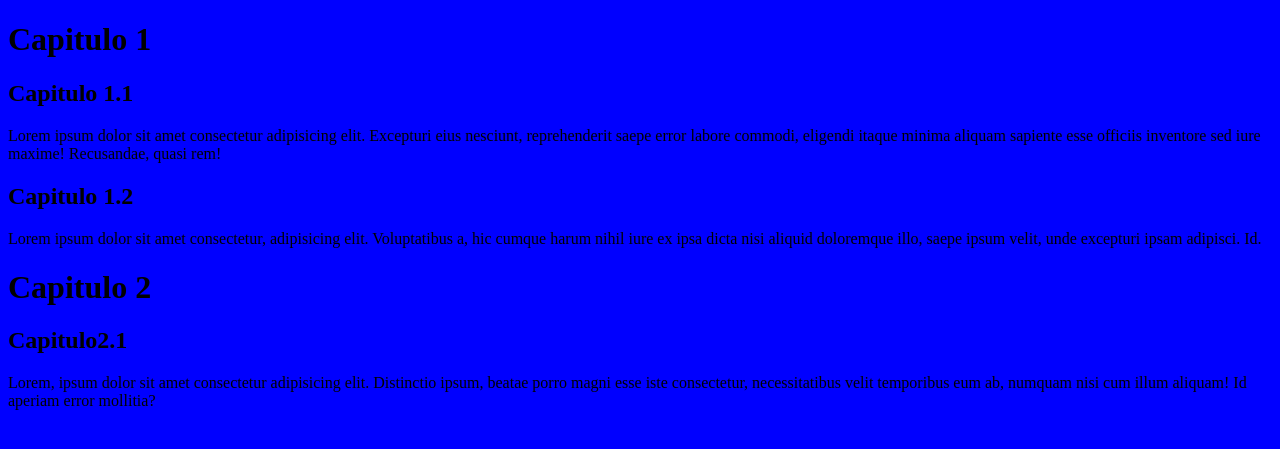
Repository: Guillermomarcon/exercicios
Page: ex013.1/index.html
These files come from the project's save history. The page is drawn as it stood at one moment and after the next save; the edit follows.
The browser window is 1280 px wide. The pictures show the whole page.

Above is the page before, as saved 2020-12-31 16:01:16.

After the next save:
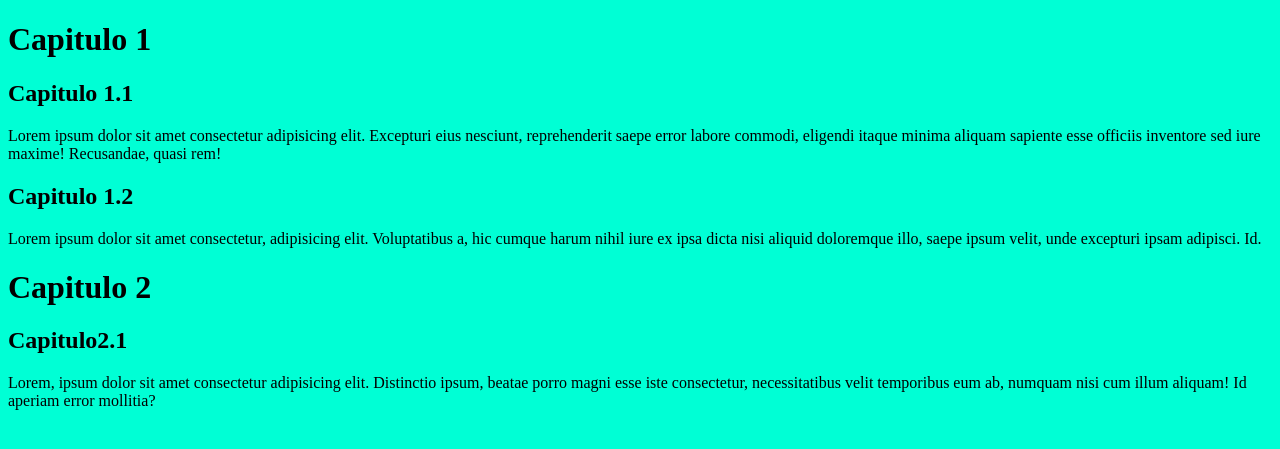
Saved 7 s later.
--- a/ex013.1/index.html
+++ b/ex013.1/index.html
@@ -7,7 +7,7 @@
     <link rel="shortcut icon" href="imagens/favicon-16x16.png" type="image/x-icon">
     <style>
         body{
-           background-color: blue;
+           background-color: rgb(0, 255, 213);
         }
 
     </style>
